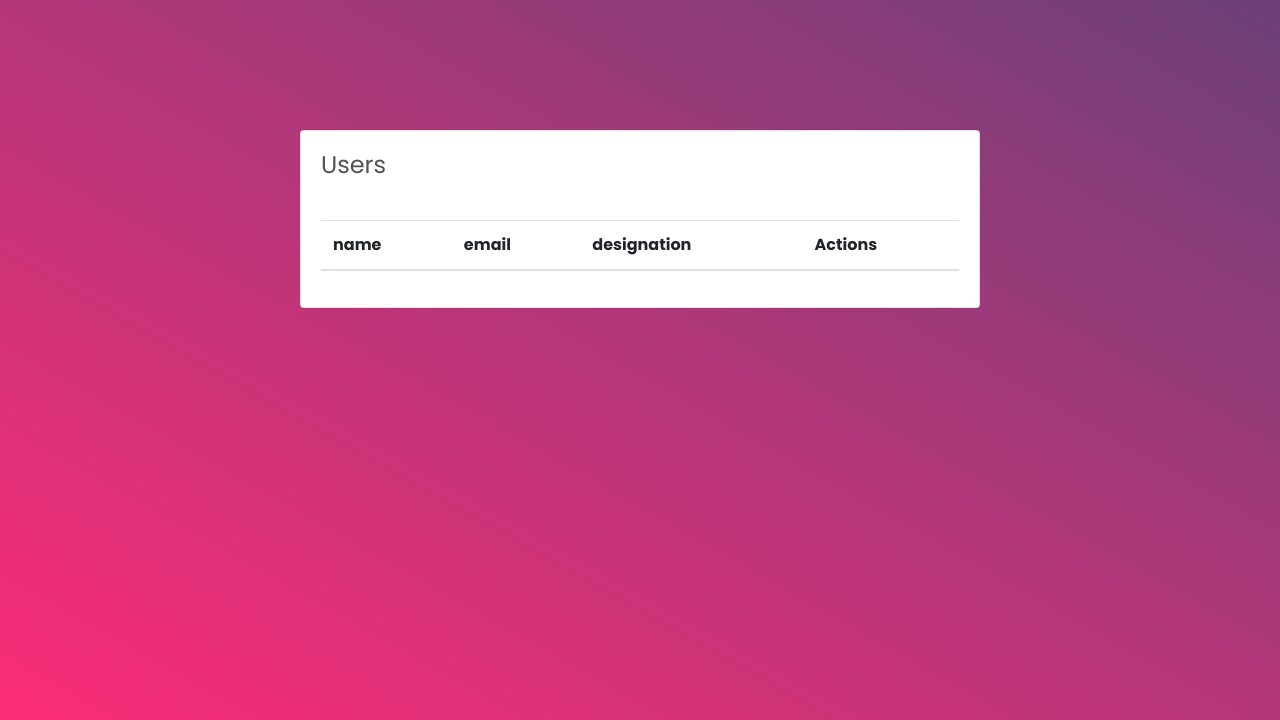
Repository: AbdulRehman0/registration
Page: http://localhost/dashboard.php
These files come from the project's save history. The page is drawn as it stood at one moment and after the next save; the edit follows.
The browser window is 1280 px wide. The pictures show the whole page.
The page is run by PHP 8.4 with error messages shown; the project is at /var/www/html/. The session is filled in as if someone had signed in: {"session_id": true, "name": "Test User", "email": "test@example.com", "id": 1, "session_role": 1}. Other server files are loaded and not shown. Queries for data that is not in the repository find no rows.

Above is the page before, as saved 2021-01-07 14:02:14.

### dashboard.php
<?php
include "./includes/config.php";
include "./models/UserModel.php";

session_start();
// print_r($_SESSION);
if($_SESSION["session_id"]!=1){ session_destroy(); header("Location: login.php");die;}

$db=connectdb();

$user = new User($db);


if($_SESSION["session_role"]==1){
    $res = $user->getAllUsers();
}elseif($_SESSION["session_role"]==2){
    $res = $user->getUserByID($_SESSION["id"]);
    print_r($res);
}else{
    session_destroy(); header("Location: login.php");die;
}

include "./templates/header.php";
?>
<body>
    <div class="page-wrapper bg-gra-02 p-t-130 p-b-100 font-poppins">
        <div class="wrapper wrapper--w680">
            <div class="card card-7">
                <div class="card-body">
                    <h2 class="title">Users</h2>
                    <table class="table">
                      <thead>
                        <tr>
                          <th scope="col">name</th>
                          <th scope="col">email</th>
                          <th scope="col">designation</th>
                          <th scope="col">Actions</th>
                        </tr>
                      </thead>
                      <tbody>
                        <?php foreach($res as $row): if($row["role_id"]==1) $des="Admin"; else $des="Editor"?>
                        <tr>
                        <td><?php echo $row["name"];?></td>
                        <td><?php echo $row["email"];?></td>
                        <td><?php echo $des;?></td>
                        <td><a href="./edit.php?id=<?php echo $row["id"]?>" class="float-left"><span>Edit<span></a><?php if($_SESSION['session_role']==1 && $row["id"]!=$_SESSION['id']):?><a href="./controllers/UserController.php?id=<?php echo $row["id"]?>&func=deleteUser" class="center"><span>Delete<span></a><?php endif;?></td>
                        </tr>
                        <?php endforeach;?>

                      </tbody>
                    </table>

            </div>
        </div>
    </div>

</body>




<?php
include "./templates/footer.php";
?>

### includes/config.php
<?php

ini_set('display_errors', 1);

ob_start();

define('DB_USER', 'root');

define('DB_PASS', '');

define('DB_HOST', 'localhost');

define('DB_NAME', 'registration');


/* BaseUrl */


//require_once ROOT_PATH . '/Conf/Conf.php';
require('MysqliDb.php');

function connectdb() {

    $DB = new MysqliDb(DB_HOST, DB_USER, DB_PASS, DB_NAME);

    return $DB;

}

### includes/MysqliDb.php
<?php
/**
 * MysqliDb Class
 *
 * @category  Database Access
 * @package   MysqliDb
 * @author    Jeffery Way <jeffrey@jeffrey-way.com>
 * @author    Josh Campbell <jcampbell@ajillion.com>
 * @copyright Copyright (c) 2010
 * @license   http://opensource.org/licenses/gpl-3.0.html GNU Public License
 * @version   1.1
 **/
class MysqliDb
{
    /**
     * Static instance of self
     *
     * @var MysqliDb
     */
    protected static $_instance;
    /**
     * MySQLi instance
     *
     * @var mysqli
     */
    protected $_mysqli;
    /**
     * The SQL query to be prepared and executed
     *
     * @var string
     */
    protected $_query;
    /**
     * An array that holds where conditions 'fieldname' => 'value'
     *
     * @var array
     */
    protected $_where = array();
    /**
     * Dynamic type list for where condition values
     *
     * @var array
     */
    protected $_whereTypeList;
    /**
     * Dynamic type list for table data values
     *
     * @var array
     */
    protected $_paramTypeList;
    /**
     * Dynamic array that holds a combination of where condition/table data value types and parameter referances
     *
     * @var array
     */
    protected $_bindParams = array(''); // Create the empty 0 index

    /**
     * @param string $host
     * @param string $username
     * @param string $password
     * @param string $db
     */
    public function __construct($host, $username, $password, $db)
    {
        $this->_mysqli = new mysqli($host, $username, $password, $db)
            or die('There was a problem connecting to the database');

        $this->_mysqli->set_charset('utf8');

        self::$_instance = $this;
    }

    /**
     * A method of returning the static instance to allow access to the
     * instantiated object from within another class.
     * Inheriting this class would require reloading connection info.
     *
     * @uses $db = MySqliDb::getInstance();
     *
     * @return object Returns the current instance.
     */
    public static function getInstance()
    {
        return self::$_instance;
    }

    /**
     * Reset states after an execution
     *
     * @return object Returns the current instance.
     */
    protected function reset()
    {
        $this->_where = array();
        $this->_bindParams = array(''); // Create the empty 0 index
        unset($this->_query);
        unset($this->_whereTypeList);
        unset($this->_paramTypeList);
    }

    /**
     * Pass in a raw query and an array containing the parameters to bind to the prepaird statement.
     *
     * @param string $query      Contains a user-provided query.
     * @param array  $bindParams All variables to bind to the SQL statment.
     *
     * @return array Contains the returned rows from the query.
     */
    public function rawQuery($query, $bindParams = null,$MYSQL_ASSOC=null)
    {
        $this->_query = filter_var($query, FILTER_SANITIZE_STRING);
        $stmt = $this->_prepareQuery();

        if (is_array($bindParams) === true) {
            $params = array(''); // Create the empty 0 index
            foreach ($bindParams as $prop => $val) {
                $params[0] .= $this->_determineType($val);
                array_push($params, $bindParams[$prop]);
            }

            call_user_func_array(array($stmt, 'bind_param'), $this->refValues($params));

        }

        $stmt->execute();
        $this->reset();

        return $this->_dynamicBindResults($stmt);
    }

    /**
     *
     * @param string $query   Contains a user-provided select query.
     * @param int    $numRows The number of rows total to return.
     *
     * @return array Contains the returned rows from the query.
     */
    public function query($query, $numRows = null)
    {
        $this->_query = filter_var($query, FILTER_SANITIZE_STRING);
        $stmt = $this->_buildQuery($numRows);
        $stmt->execute();
        $this->reset();

        return $this->_dynamicBindResults($stmt);
    }

    /**
     * A convenient SELECT * function.
     *
     * @param string  $tableName The name of the database table to work with.
     * @param integer $numRows   The number of rows total to return.
     *
     * @return array Contains the returned rows from the select query.
     */
    public function get($tableName, $numRows = null)
    {
        $this->_query = "SELECT * FROM $tableName";
        $stmt = $this->_buildQuery($numRows);
        $stmt->execute();
        $this->reset();

        return $this->_dynamicBindResults($stmt);
    }

    /**
     *
     * @param <string $tableName The name of the table.
     * @param array $insertData Data containing information for inserting into the DB.
     *
     * @return boolean Boolean indicating whether the insert query was completed succesfully.
     */
    public function insert($tableName, $insertData)
    {
        $this->_query = "INSERT into $tableName";
        $stmt = $this->_buildQuery(null, $insertData);


        $stmt->execute();
        $this->reset();

        return ($stmt->affected_rows > 0 ? $stmt->insert_id : false);
    }

    /**
     * Update query. Be sure to first call the "where" method.
     *
     * @param string $tableName The name of the database table to work with.
     * @param array  $tableData Array of data to update the desired row.
     *
     * @return boolean
     */
    public function update($tableName, $tableData)
    {
        $this->_query = "UPDATE $tableName SET ";

        $stmt = $this->_buildQuery(null, $tableData);

        $stmt->execute();
        $this->reset();

        return ($stmt->affected_rows > 0);
    }

    /**
     * Delete query. Call the "where" method first.
     *
     * @param string  $tableName The name of the database table to work with.
     * @param integer $numRows   The number of rows to delete.
     *
     * @return boolean Indicates success. 0 or 1.
     */
    public function delete($tableName, $numRows = null)
    {
        $this->_query = "DELETE FROM $tableName";

        $stmt = $this->_buildQuery($numRows);
        $stmt->execute();
        $this->reset();

        return ($stmt->affected_rows > 0);
    }

    /**
     * This method allows you to specify multipl (method chaining optional) WHERE statements for SQL queries.
     *
     * @uses $MySqliDb->where('id', 7)->where('title', 'MyTitle');
     *
     * @param string $whereProp  The name of the database field.
     * @param mixed  $whereValue The value of the database field.
     *
     * @return MysqliDb
     */
    public function where($whereProp, $whereValue)
    {
        $this->_where[$whereProp] = $whereValue;
        return $this;
    }


    /**
     * This methods returns the ID of the last inserted item
     *
     * @return integer The last inserted item ID.
     */
    public function getInsertId()
    {
        return $this->_mysqli->insert_id;
    }

    /**
     * Escape harmful characters which might affect a query.
     *
     * @param string $str The string to escape.
     *
     * @return string The escaped string.
     */
    public function escape($str)
    {
        return $this->_mysqli->real_escape_string($str);
    }

    /**
     * This method is needed for prepared statements. They require
     * the data type of the field to be bound with "i" s", etc.
     * This function takes the input, determines what type it is,
     * and then updates the param_type.
     *
     * @param mixed $item Input to determine the type.
     *
     * @return string The joined parameter types.
     */
    protected function _determineType($item)
    {
        switch (gettype($item)) {
            case 'NULL':
            case 'string':
                return 's';
                break;

            case 'integer':
                return 'i';
                break;

            case 'blob':
                return 'b';
                break;

            case 'double':
                return 'd';
                break;
        }
        return '';
    }

    /**
     * Abstraction method that will compile the WHERE statement,
     * any passed update data, and the desired rows.
     * It then builds the SQL query.
     *
     * @param int   $numRows   The number of rows total to return.
     * @param array $tableData Should contain an array of data for updating the database.
     *
     * @return mysqli_stmt Returns the $stmt object.
     */
    protected function _buildQuery($numRows = null, $tableData = null)
    {

        $hasTableData = is_array($tableData);
        $hasConditional = !empty($this->_where);

        // Did the user call the "where" method?
        if (!empty($this->_where)) {

            // if update data was passed, filter through and create the SQL query, accordingly.
            if ($hasTableData) {
                $pos = strpos($this->_query, 'UPDATE');
                if ($pos !== false) {
                    foreach ($tableData as $prop => $value) {
                        // determines what data type the item is, for binding purposes.
                        $this->_paramTypeList .= $this->_determineType($value);

                        // prepares the reset of the SQL query.
                        $this->_query .= ($prop . ' = ?, ');
                    }
                    $this->_query = rtrim($this->_query, ', ');
                }
            }

            //Prepair the where portion of the query
            $this->_query .= ' WHERE ';
            foreach ($this->_where as $column => $value) {
                // Determines what data type the where column is, for binding purposes.
                $this->_whereTypeList .= $this->_determineType($value);

                // Prepares the reset of the SQL query.
                $this->_query .= ($column . ' = ? AND ');
            }
            $this->_query = rtrim($this->_query, ' AND ');
        }

        // Determine if is INSERT query
        if ($hasTableData) {
            $pos = strpos($this->_query, 'INSERT');



            if ($pos !== false) {
                //is insert statement
                $keys = array_keys($tableData);
                $values = array_values($tableData);
                $num = count($keys);

                // wrap values in quotes
                foreach ($values as $key => $val) {
                    $values[$key] = "'{$val}'";
                    $this->_paramTypeList .= $this->_determineType($val);
                }

                $this->_query .= '(' . implode($keys, ', ') . ')';
                $this->_query .= ' VALUES(';
                while ($num !== 0) {
                    $this->_query .= '?, ';
                    $num--;
                }
                $this->_query = rtrim($this->_query, ', ');
                $this->_query .= ')';
            }

        }

        // Did the user set a limit
        if (isset($numRows)) {
            $this->_query .= ' LIMIT ' . (int)$numRows;
        }

        // Prepare query
        $stmt = $this->_prepareQuery();

        // Prepare table data bind parameters
        if ($hasTableData) {
            $this->_bindParams[0] = $this->_paramTypeList;
            foreach ($tableData as $prop => $val) {
                array_push($this->_bindParams, $tableData[$prop]);
            }
        }
        // Prepare where condition bind parameters
        if ($hasConditional) {
            if ($this->_where) {
                $this->_bindParams[0] .= $this->_whereTypeList;
                foreach ($this->_where as $prop => $val) {
                    array_push($this->_bindParams, $this->_where[$prop]);
                }
            }
        }


        // Bind parameters to statment
        if ($hasTableData || $hasConditional) {
            call_user_func_array(array($stmt, 'bind_param'), $this->refValues($this->_bindParams));
        }

        return $stmt;
    }

    /**
     * This helper method takes care of prepared statements' "bind_result method
     * , when the number of variables to pass is unknown.
     *
     * @param mysqli_stmt $stmt Equal to the prepared statement object.
     *
     * @return array The results of the SQL fetch.
     */
    protected function _dynamicBindResults(mysqli_stmt $stmt)
    {
        $parameters = array();
        $results = array();

        $meta = $stmt->result_metadata();
        $row = array();
        while ($field = $meta->fetch_field()) {
            $row[$field->name] = null;
            $parameters[] = & $row[$field->name];
        }

        call_user_func_array(array($stmt, 'bind_result'), $parameters);

        while ($stmt->fetch()) {
            $x = array();
            foreach ($row as $key => $val) {
                $x[$key] = $val;
            }
            array_push($results, $x);
        }
        return $results;
    }

    /**
     * Method attempts to prepare the SQL query
     * and throws an error if there was a problem.
     *
     * @return mysqli_stmt
     */
    protected function _prepareQuery()
    {


        if (!$stmt = $this->_mysqli->prepare($this->_query)) {
            trigger_error("Problem preparing query ($this->_query) " . $this->_mysqli->error, E_USER_ERROR);
        }
        return $stmt;
    }

    /**
     * Close connection
     */
    public function __destruct()
    {
        $this->_mysqli->close();
    }

    /**
     * @param array $arr
     *
     * @return array
     */
    protected function refValues($arr)
    {
        //Reference is required for PHP 5.3+
        if (strnatcmp(phpversion(), '5.3') >= 0) {
            $refs = array();
            foreach ($arr as $key => $value) {
                $refs[$key] = & $arr[$key];
            }
            return $refs;
        }
        return $arr;
    }

} // END class

### models/UserModel.php
<?php
Class User{
    private $db;
    private $lastID;
    public function __construct($db){
        $this->db = $db;
    }

    public function getAllUsers(){
        return $this->db->get("users");

    }
    public function insertUser($data){
        $insertData=array(
            "name"=>$data["name"],
            "email"=>$data["email"],
            "role_id"=>$data["role_id"],
            "password"=>$data["password"],
            "phone"=>$data["phone"]
        );
        return $this->db->insert("users",$insertData);

    }
    public function getUserByID($id){}
    public function getUserByEmail($email){
        $query = "select * from users where email=?";
        $params=array($email);
        return $this->db->rawQuery($query,$params);
    }
    public function deleteUserByID($id){
        return $this->db->where("id",$id)->delete("users");

    }
    public function updateUserByID($data,$id){
        return $this->db->where("id",$id)->update("users",$data);
    }


}

?>

### templates/header.php
<!DOCTYPE html>
<html lang="en">

<head>
    <!-- Required meta tags-->
    <meta charset="UTF-8">
    <meta name="viewport" content="width=device-width, initial-scale=1, shrink-to-fit=no">
    <meta name="description" content="Colorlib Templates">
    <meta name="author" content="Colorlib">
    <meta name="keywords" content="Colorlib Templates">

    <!-- Title Page-->
    <title>Au Register Forms by Colorlib</title>

    <!-- Icons font CSS-->
    <link href="vendor/mdi-font/css/material-design-iconic-font.min.css" rel="stylesheet" media="all">
    <link href="vendor/font-awesome-4.7/css/font-awesome.min.css" rel="stylesheet" media="all">
    <!-- Font special for pages-->
    <link href="https://fonts.googleapis.com/css?family=Poppins:100,100i,200,200i,300,300i,400,400i,500,500i,600,600i,700,700i,800,800i,900,900i" rel="stylesheet">

    <!-- Vendor CSS-->
    <link href="vendor/select2/select2.min.css" rel="stylesheet" media="all">
    <link href="vendor/datepicker/daterangepicker.css" rel="stylesheet" media="all">

    <!-- Main CSS-->
    <link href="./assets/css/app.css" rel="stylesheet" media="all">
    <link rel="stylesheet" href="https://maxcdn.bootstrapcdn.com/bootstrap/4.0.0/css/bootstrap.min.css" integrity="sha384-Gn5384xqQ1aoWXA+058RXPxPg6fy4IWvTNh0E263XmFcJlSAwiGgFAW/dAiS6JXm" crossorigin="anonymous">
</head>

### templates/footer.php

</html>
<!-- end document-->
<!-- Jquery JS-->
<script src="vendor/jquery/jquery.min.js"></script>
    <!-- Vendor JS-->
    <script src="vendor/select2/select2.min.js"></script>
    <script src="vendor/datepicker/moment.min.js"></script>
    <script src="vendor/datepicker/daterangepicker.js"></script>

    <!-- Main JS-->
    <script src="./assets/js/app.js"></script>
    <script src="https://ajax.googleapis.com/ajax/libs/jquery/3.5.1/jquery.min.js"></script>

Loaded but not shown: assets/js/app.js (70 lines, source omitted); assets/css/app.css (642 lines, source omitted)

After the next save:
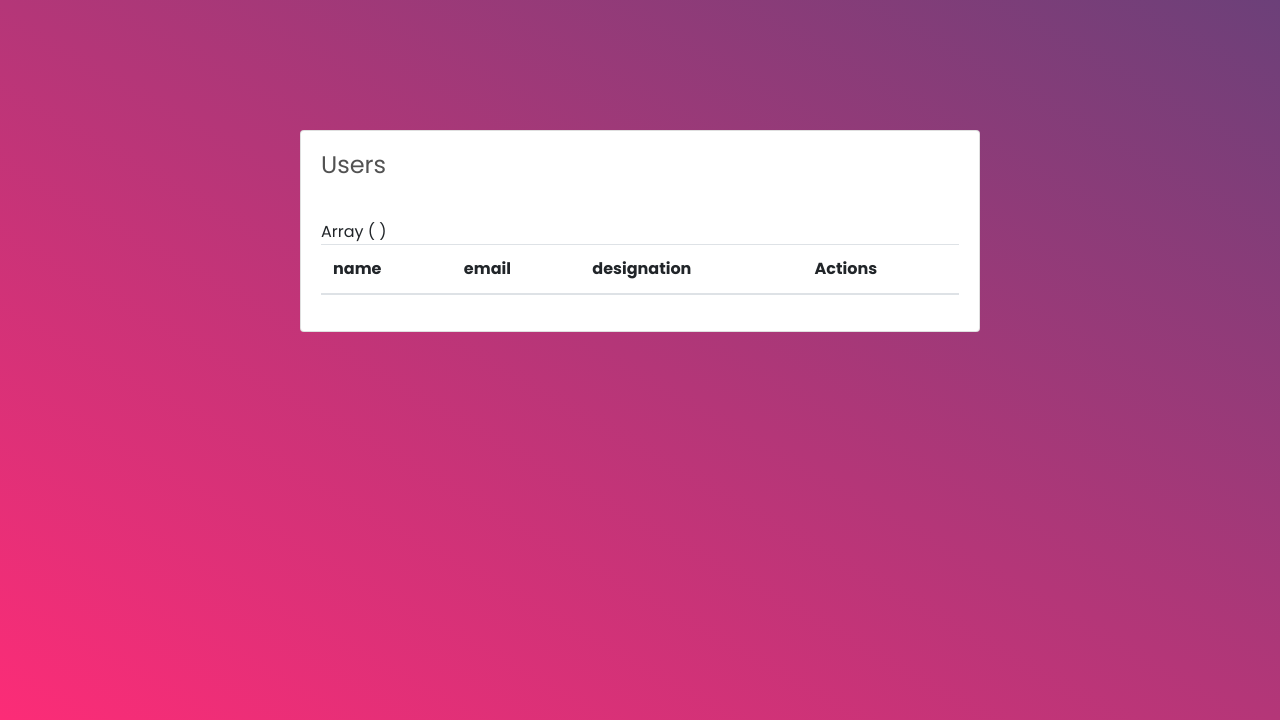
Saved 74 s later.
--- a/dashboard.php
+++ b/dashboard.php
@@ -15,7 +15,7 @@ if($_SESSION["session_role"]==1){
     $res = $user->getAllUsers();
 }elseif($_SESSION["session_role"]==2){
     $res = $user->getUserByID($_SESSION["id"]);
-    print_r($res);
+
 }else{
     session_destroy(); header("Location: login.php");die;
 }
@@ -38,7 +38,7 @@ include "./templates/header.php";
                         </tr>
                       </thead>
                       <tbody>
-                        <?php foreach($res as $row): if($row["role_id"]==1) $des="Admin"; else $des="Editor"?>
+                        <?php print_r($res); foreach($res as $row): if($row["role_id"]==1) $des="Admin"; else $des="Editor"?>
                         <tr>
                         <td><?php echo $row["name"];?></td>
                         <td><?php echo $row["email"];?></td>
